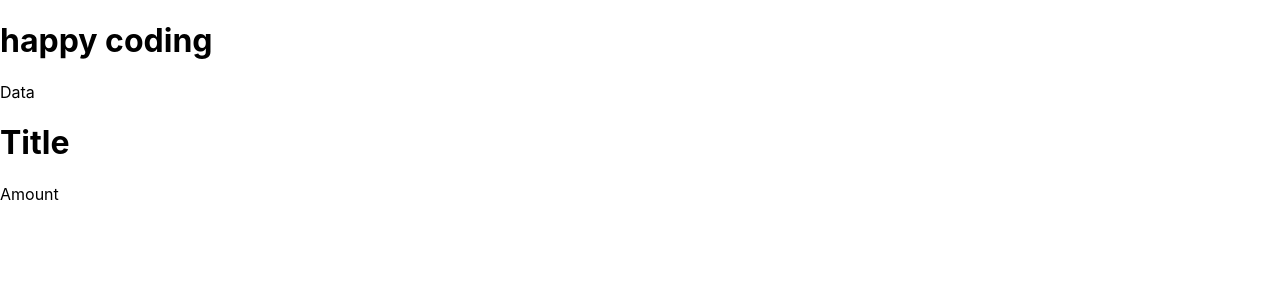
Repository: Samkiroko/expense-tracker-react
Page: /
An editor plug-in stored every save of this project. The page is shown before and after the next save, followed by the edit.
The browser window is 1280 px wide. The pictures show the whole page.
The project was rebuilt for these pictures with package versions that can differ from the ones it lists, and the page was loaded fresh each time.

Above is the page before, as saved 2021-06-08 10:26:27.

### src/App.js
import ExpenseItem from './components/ExpenseItem'

function App() {
  return (
    <div className='App'>
      <h1>happy coding</h1>
      <ExpenseItem />
    </div>
  )
}

export default App

### src/components/ExpenseItem.js
import React from 'react'

function ExpenseItem() {
  return (
    <div>
      <div>Data</div>
      <div>
        <h1>Title</h1>
        <div>Amount</div>
      </div>
    </div>
  )
}

export default ExpenseItem

Loaded but not shown: public/index.html (common file); src/index.js (common file); src/index.css (common file)

After the next save:
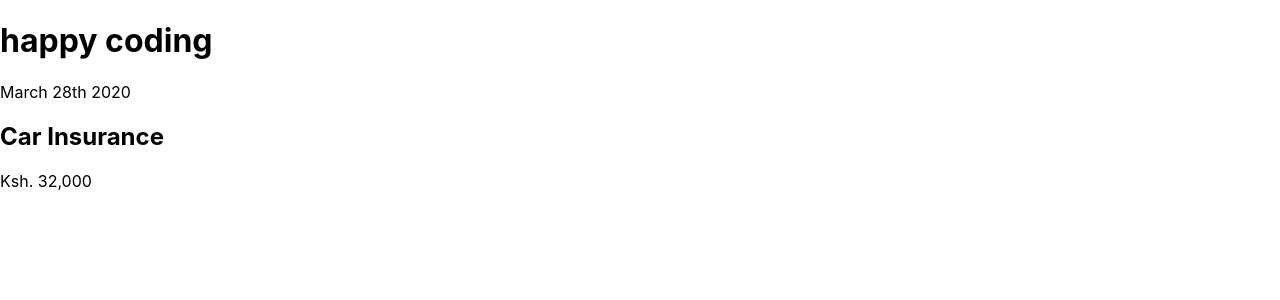
Saved 58 s later.
--- a/src/components/ExpenseItem.js
+++ b/src/components/ExpenseItem.js
@@ -3,10 +3,10 @@ import React from 'react'
 function ExpenseItem() {
   return (
     <div>
-      <div>Data</div>
+      <div>March 28th 2020</div>
       <div>
-        <h1>Title</h1>
-        <div>Amount</div>
+        <h2>Car Insurance</h2>
+        <div>Ksh. 32,000</div>
       </div>
     </div>
   )
